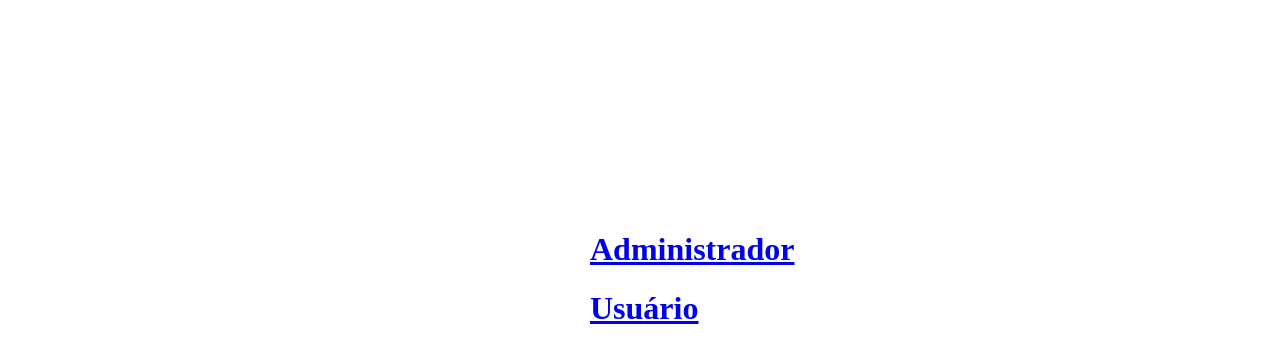
Repository: JacksonPassos/JAAS
Page: gerenciador/WebContent/index.html
An editor plug-in stored every save of this project. The page is shown before and after the next save, followed by the edit.
The browser window is 1280 px wide. The pictures show the whole page.

Above is the page before, as saved 2017-05-15 04:56:38.

### gerenciador/WebContent/index.html
<html>
<head>
<meta http-equiv="Content-Type" content="text/html; charset=UTF-8">
<style type="text/css">
body {
margin:0;
padding:0;
text-align:center;
}
#pagina {
width: 100px;
margin: 200px auto;
padding: 10px;
text-align:left;
}
#msg {
text-align:center;
}
</style>
<title>Index</title>
</head>
<body>
<div id="pagina">
<div id="msg">
<a href="../admin/restricted.jsp"> <h1>Administrador</h1> </a>
<a href="../user/allowed.jsp"> <h1>Usu&aacute;rio</h1> </a>
</div>
</div>
</body>
</html>

After the next save:
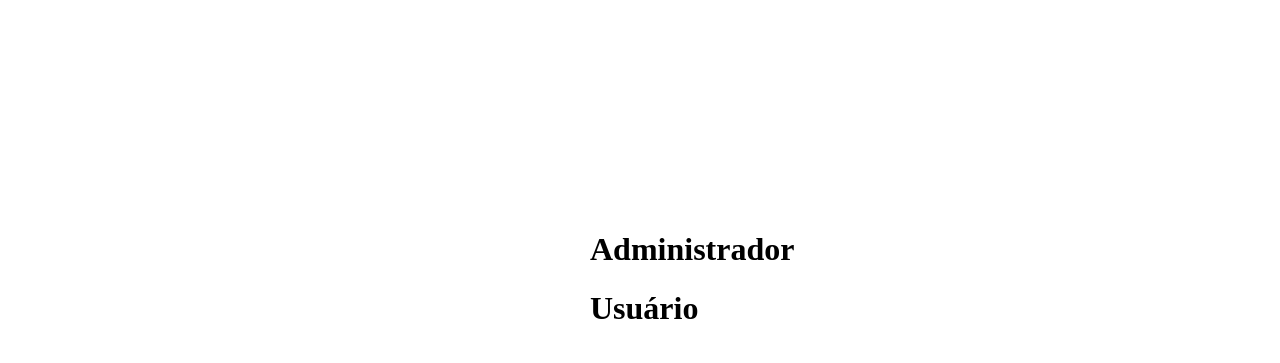
Saved 81 s later.
--- a/gerenciador/WebContent/index.html
+++ b/gerenciador/WebContent/index.html
@@ -22,8 +22,8 @@
 <body>
 <div id="pagina">
 <div id="msg">
-<a href="../admin/restricted.jsp"> <h1>Administrador</h1> </a>
-<a href="../user/allowed.jsp"> <h1>Usu&aacute;rio</h1> </a>
+<a> <h1>Administrador</h1> </a>
+<a> <h1>Usu&aacute;rio</h1> </a>
 </div>
 </div>
 </body>

After the save that followed:
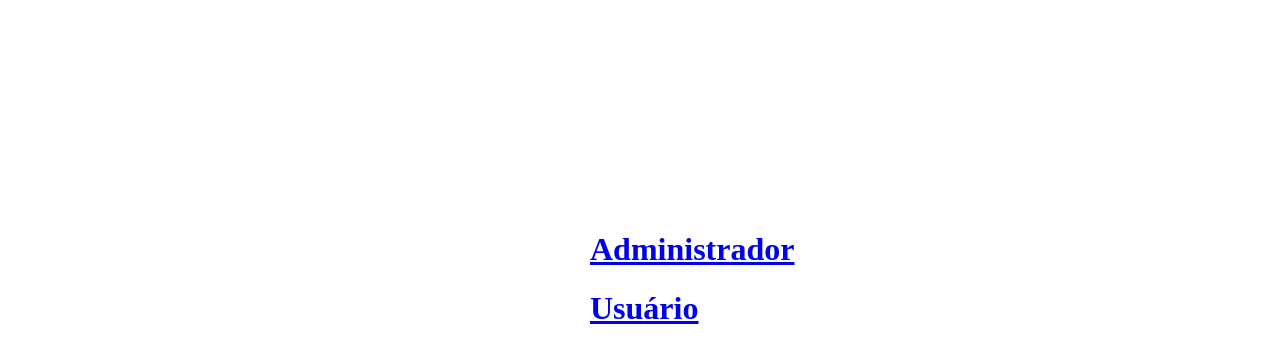
Saved 10 s later.
--- a/gerenciador/WebContent/index.html
+++ b/gerenciador/WebContent/index.html
@@ -22,8 +22,8 @@
 <body>
 <div id="pagina">
 <div id="msg">
-<a> <h1>Administrador</h1> </a>
-<a> <h1>Usu&aacute;rio</h1> </a>
+<a href="../admin/restricted.jsp"> <h1>Administrador</h1> </a>
+<a href="../user/allowed.jsp"> <h1>Usu&aacute;rio</h1> </a>
 </div>
 </div>
 </body>
